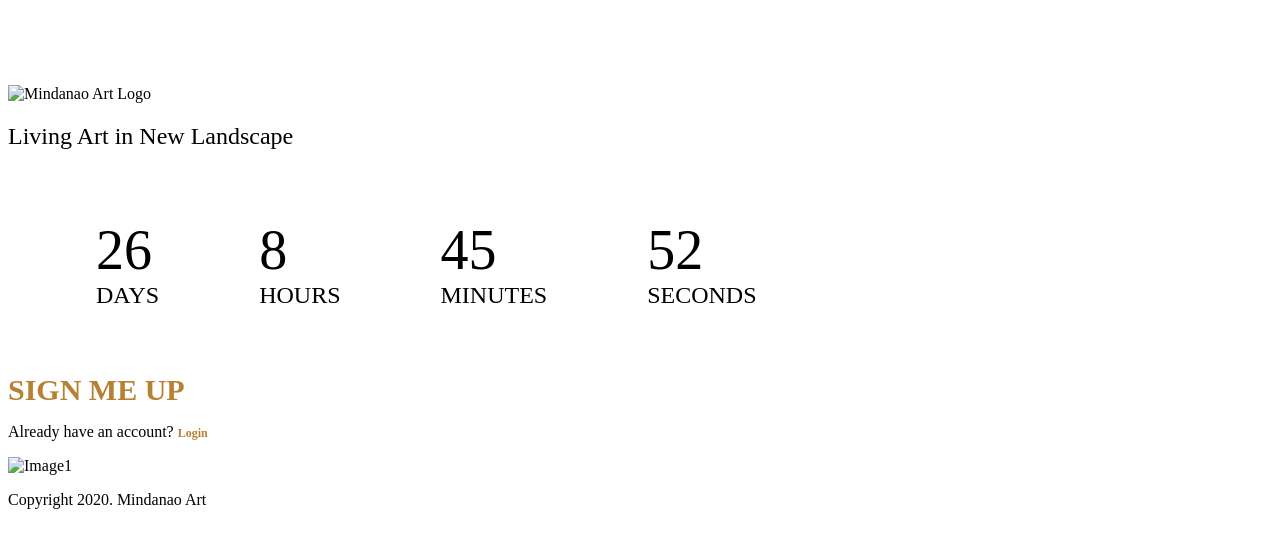
Repository: KleKlai/project-exodus
Page: http://localhost/
The author's editor kept a copy of each file at every save. The page is drawn from the files as they stood at one save, then again after the next save.
The browser window is 1280 px wide. The pictures show the whole page.
The page is served by the project's Laravel application, run on PHP 8.4 with Laravel 8. Other server files are loaded and not shown.

Above is the page before, as saved 2020-09-28 19:49:58.

### app/Model/Art.php
<?php

namespace App\Model;

use Spatie\Activitylog\Traits\LogsActivity;
use Illuminate\Database\Eloquent\SoftDeletes;
use Illuminate\Database\Eloquent\Model;
use Webpatser\Uuid\Uuid;
use Auth;


class Art extends Model
{
    use SoftDeletes, LogsActivity;

    protected $guarded = [
        'uuid', 'id', 'created_at', 'updated_at'
    ];

    /**
     * For Activity Log settings
     *
     */
    protected static $logName = 'Art';
    protected static $logUnguarded = true;
    protected static $submitEmptyLogs = false;
    protected static $recordEvents = ['created', 'updated', 'deleted'];

    public function getDescriptionForEvent(string $eventName): string
    {
        return Auth::user()->name . " {$eventName} art successfully";
    }


    public static function boot()
    {
        parent::boot();
        self::creating(function ($model) {
            $model->uuid = (string) Uuid::generate(4);
        });
    }

    /**
     * Get the route key for the model.
     *
     * @return string
     */
    public function getRouteKeyName()
    {
        return 'uuid';
    }

    protected $casts = [
        'tag' => 'array'
    ];

    public function user()
    {
        return $this->belongsTo('App\User');
    }

    public function watch()
    {
        return $this->hasMany('App\Model\Art\Watch');
    }
}

### app/Model/Art/Category.php
<?php

namespace App\Model\Art;

use Illuminate\Database\Eloquent\Model;
use Spatie\Activitylog\Traits\LogsActivity;

class Category extends Model
{
    use LogsActivity;

    protected $fillable = ['name', 'description'];

    /**
     * For Activity Log settings
     *
     */
    protected static $logName = 'System';
    protected static $logUnguarded = true;
    protected static $submitEmptyLogs = false;
    protected static $recordEvents = ['created', 'updated', 'deleted'];

    public function getDescriptionForEvent(string $eventName): string
    {
        return "Art category component {$eventName} successfully";
    }
}

### app/Model/Art/Material.php
<?php

namespace App\Model\Art;

use Illuminate\Database\Eloquent\Model;
use Spatie\Activitylog\Traits\LogsActivity;

class Material extends Model
{
    use LogsActivity;

    protected $fillable = ['name', 'description'];

    /**
     * For Activity Log settings
     *
     */
    protected static $logName = 'System';
    protected static $submitEmptyLogs = false;
    protected static $recordEvents = ['created', 'deleted'];

    public function getDescriptionForEvent(string $eventName): string
    {
        return "Art material component {$eventName} successfully";
    }
}

### app/Observers/Art/MaterialObserver.php
<?php

namespace App\Observers\Art;

use App\Model\Art\Material;
use Auth;

class MaterialObserver
{
    /**
     * Handle the material "created" event.
     *
     * @param  \App\Model\Art\Material  $material
     * @return void
     */
    public function created(Material $material)
    {
        activity('Art Component')
            ->causedBy(Auth::user()->id)
            ->withProperties(['name' => $material->name])
            ->log('Art material component created successfully.');
    }

    /**
     * Handle the material "updated" event.
     *
     * @param  \App\Model\Art\Material  $material
     * @return void
     */
    public function updated(Material $material)
    {
        //
    }

    /**
     * Handle the material "deleted" event.
     *
     * @param  \App\Model\Art\Material  $material
     * @return void
     */
    public function deleted(Material $material)
    {
        activity('Art Component')
            ->causedBy(Auth::user()->id)
            ->withProperties(['name' => $material->name])
            ->log('Art material component deleted successfully.');
    }

    /**
     * Handle the material "restored" event.
     *
     * @param  \App\Model\Art\Material  $material
     * @return void
     */
    public function restored(Material $material)
    {
        //
    }

    /**
     * Handle the material "force deleted" event.
     *
     * @param  \App\Model\Art\Material  $material
     * @return void
     */
    public function forceDeleted(Material $material)
    {
        //
    }
}

### app/Model/Art/Medium.php
<?php

namespace App\Model\Art;

use Illuminate\Database\Eloquent\Model;
use Spatie\Activitylog\Traits\LogsActivity;

class Medium extends Model
{
    use LogsActivity;

    protected $fillable = ['name', 'description'];

    /**
     * For Activity Log settings
     *
     */
    protected static $logName = 'System';
    protected static $submitEmptyLogs = false;
    protected static $recordEvents = ['created', 'deleted'];

    public function getDescriptionForEvent(string $eventName): string
    {
        return "Art medium component {$eventName} successfully";
    }
}

### app/Observers/Art/MediumObserver.php
<?php

namespace App\Observers\Art;

use App\Model\Art\Medium;
use Auth;

class MediumObserver
{
    /**
     * Handle the medium "created" event.
     *
     * @param  \App\Model\Art\Medium  $medium
     * @return void
     */
    public function created(Medium $medium)
    {
        activity('Art Component')
            ->causedBy(Auth::user()->id)
            ->withProperties(['name' => $medium->name])
            ->log('Art medium component created successfully.');
    }

    /**
     * Handle the medium "updated" event.
     *
     * @param  \App\Model\Art\Medium  $medium
     * @return void
     */
    public function updated(Medium $medium)
    {
        //
    }

    /**
     * Handle the medium "deleted" event.
     *
     * @param  \App\Model\Art\Medium  $medium
     * @return void
     */
    public function deleted(Medium $medium)
    {
        activity('Art Component')
            ->causedBy(Auth::user()->id)
            ->withProperties(['name' => $medium->name])
            ->log('Art medium component deleted successfully.');
    }

    /**
     * Handle the medium "restored" event.
     *
     * @param  \App\Model\Art\Medium  $medium
     * @return void
     */
    public function restored(Medium $medium)
    {
        //
    }

    /**
     * Handle the medium "force deleted" event.
     *
     * @param  \App\Model\Art\Medium  $medium
     * @return void
     */
    public function forceDeleted(Medium $medium)
    {
        //
    }
}

### app/Model/Art/Size.php
<?php

namespace App\Model\Art;

use Illuminate\Database\Eloquent\Model;
use Spatie\Activitylog\Traits\LogsActivity;

class Size extends Model
{
    use LogsActivity;

    protected $fillable = ['name', 'description'];

    /**
     * For Activity Log settings
     *
     */
    protected static $logName = 'System';
    protected static $submitEmptyLogs = false;
    protected static $recordEvents = ['created', 'deleted'];

    public function getDescriptionForEvent(string $eventName): string
    {
        return "Art size component {$eventName} successfully";
    }
}

### app/Observers/Art/SizeObserver.php
<?php

namespace App\Observers\Art;

use App\Model\Art\Size;
use Auth;

class SizeObserver
{
    /**
     * Handle the size "created" event.
     *
     * @param  \App\Model\Art\Size  $size
     * @return void
     */
    public function created(Size $size)
    {
        activity('Art Component')
            ->causedBy(Auth::user()->id)
            ->withProperties(['name' => $size->name])
            ->log('Art size component created successfully.');
    }

    /**
     * Handle the size "updated" event.
     *
     * @param  \App\Model\Art\Size  $size
     * @return void
     */
    public function updated(Size $size)
    {
        //
    }

    /**
     * Handle the size "deleted" event.
     *
     * @param  \App\Model\Art\Size  $size
     * @return void
     */
    public function deleted(Size $size)
    {
        activity('Art Component')
            ->causedBy(Auth::user()->id)
            ->withProperties(['name' => $size->name])
            ->log('Art size component deleted successfully.');
    }

    /**
     * Handle the size "restored" event.
     *
     * @param  \App\Model\Art\Size  $size
     * @return void
     */
    public function restored(Size $size)
    {
        //
    }

    /**
     * Handle the size "force deleted" event.
     *
     * @param  \App\Model\Art\Size  $size
     * @return void
     */
    public function forceDeleted(Size $size)
    {
        //
    }
}

### app/Model/Art/Style.php
<?php

namespace App\Model\Art;

use Illuminate\Database\Eloquent\Model;
use Spatie\Activitylog\Traits\LogsActivity;

class Style extends Model
{
    use LogsActivity;

    protected $fillable = ['name', 'description'];

    /**
     * For Activity Log settings
     *
     */
    protected static $logName = 'System';
    protected static $submitEmptyLogs = false;
    protected static $recordEvents = ['created', 'deleted'];

    public function getDescriptionForEvent(string $eventName): string
    {
        return "Art style component {$eventName} successfully";
    }
}

### app/Observers/Art/StyleObserver.php
<?php

namespace App\Observers\Art;

use App\Model\Art\Style;
use Auth;

class StyleObserver
{
    /**
     * Handle the style "created" event.
     *
     * @param  \App\Model\Art\Style  $style
     * @return void
     */
    public function created(Style $style)
    {
        activity('Art Component')
            ->causedBy(Auth::user()->id)
            ->withProperties(['name' => $style->name])
            ->log('Art style component created successfully.');
    }

    /**
     * Handle the style "updated" event.
     *
     * @param  \App\Model\Art\Style  $style
     * @return void
     */
    public function updated(Style $style)
    {
        //
    }

    /**
     * Handle the style "deleted" event.
     *
     * @param  \App\Model\Art\Style  $style
     * @return void
     */
    public function deleted(Style $style)
    {
        activity('Art Component')
            ->causedBy(Auth::user()->id)
            ->withProperties(['name' => $style->name])
            ->log('Art style component deleted successfully.');
    }

    /**
     * Handle the style "restored" event.
     *
     * @param  \App\Model\Art\Style  $style
     * @return void
     */
    public function restored(Style $style)
    {
        //
    }

    /**
     * Handle the style "force deleted" event.
     *
     * @param  \App\Model\Art\Style  $style
     * @return void
     */
    public function forceDeleted(Style $style)
    {
        //
    }
}

### app/Model/Art/Subject.php
<?php

namespace App\Model\Art;

use Illuminate\Database\Eloquent\Model;
use Spatie\Activitylog\Traits\LogsActivity;

class Subject extends Model
{
    use LogsActivity;

    protected $fillable = ['name', 'description'];

    /**
     * For Activity Log settings
     *
     */
    protected static $logName = 'System';
    protected static $submitEmptyLogs = false;
    protected static $recordEvents = ['created', 'deleted'];

    public function getDescriptionForEvent(string $eventName): string
    {
        return "Art subject component {$eventName} successfully";
    }
}

### app/Observers/Art/SubjectObserver.php
<?php

namespace App\Observers\Art;

use App\Model\Art\Subject;

use Auth;

class SubjectObserver
{
    /**
     * Handle the subject "created" event.
     *
     * @param  \App\Model\Art\Subject  $subject
     * @return void
     */
    public function created(Subject $subject)
    {
        activity('Art Component')
            ->causedBy(Auth::user()->id)
            ->withProperties(['name' => $subject->name])
            ->log('Art subject component created successfully.');
    }

    /**
     * Handle the subject "updated" event.
     *
     * @param  \App\Model\Art\Subject  $subject
     * @return void
     */
    public function updated(Subject $subject)
    {
        //
    }

    /**
     * Handle the subject "deleted" event.
     *
     * @param  \App\Model\Art\Subject  $subject
     * @return void
     */
    public function deleted(Subject $subject)
    {
        activity('Art Component')
            ->causedBy(Auth::user()->id)
            ->withProperties(['name' => $subject->name])
            ->log('Art subject component deleted successfully.');
    }

    /**
     * Handle the subject "restored" event.
     *
     * @param  \App\Model\Art\Subject  $subject
     * @return void
     */
    public function restored(Subject $subject)
    {
        //
    }

    /**
     * Handle the subject "force deleted" event.
     *
     * @param  \App\Model\Art\Subject  $subject
     * @return void
     */
    public function forceDeleted(Subject $subject)
    {
        //
    }
}

### app/Model/Support/Ticket.php
<?php

namespace App\Model\Support;

use Spatie\Activitylog\Traits\LogsActivity;
use Illuminate\Database\Eloquent\Model;
use Webpatser\Uuid\Uuid;
use Auth;

class Ticket extends Model
{
    use LogsActivity;

    protected $guarded = [
        'id', 'uuid', 'created_at', 'updated_at'
    ];

    /**
     * For Activity Log settings
     *
     */
    protected static $logName = 'Support Ticket';
    protected static $logUnguarded = true;
    protected static $submitEmptyLogs = false;
    protected static $recordEvents = ['created', 'updated', 'deleted'];

    public static function boot()
    {
        parent::boot();
        self::creating(function ($model) {
            $model->uuid = (string) Uuid::generate(4);
        });
    }

    /**
     * Get the route key for the model.
     *
     * @return string
     */
    public function getRouteKeyName()
    {
        return 'uuid';
    }

    public function user()
    {
        return $this->belongsTo('App\User');
    }
}

### resources/views/welcome.blade.php
<!DOCTYPE html>
<html lang="{{ str_replace('_', '-', app()->getLocale()) }}">
    <head>
        <meta charset="utf-8">
        <meta name="viewport" content="width=device-width, initial-scale=1">

        <title>Laravel</title>

        <!-- Fonts -->
        <link href="https://fonts.googleapis.com/css?family=Nunito:200,600" rel="stylesheet">

        <!-- Styles -->
        <style>
            * {
                font-family: 'Montserrat';
            }

            body {
                background-color: white;
            }

            #pattern {
                margin-top: 17px;
                width: 100%;
                background: url('/images/spattern.png');
                background-repeat: repeat;
                background-size: 34px 27px;
            }

            .picture {
                width: 100%;
            }

            .small {
                margin-top: 50px;
                display: none;
            }

            .wide {
                margin-top: 50px;
            }

            .column{
                color: #b78032;
                font-size: 35px;
            }

            #root {
                display: grid;
                justify-items: center;
                grid-template-columns: 100px 10px 100px 10px 100px 10px 100px;
                grid-template-areas:
                    "day column1 hour column2 minute column3 second"
                    "dayl . hourl . minutel . secondl";
            }

            h1, h2 {
                font-weight: 300 !important;
            }

            .day { grid-area: day; font-size: 50px;}
            .hour { grid-area: hour; font-size: 50px;}
            .minute { grid-area: minute; font-size: 50px;}
            .second { grid-area: second; font-size: 50px;}
            .dayl { grid-area: dayl;}
            .hourl { grid-area: hourl;}
            .minutel { grid-area: minutel;}
            .secondl { grid-area: secondl;}

            .link {
                font-size: 30px;
                text-decoration: none;
                color: #b78032;
                font-weight: bold;
            }

            .link:hover{
                text-decoration: none;
                color: #5e4119;
            }

            li {
                display: inline-block;
                font-size: 1.5em;
                list-style-type: none;
                padding: 2em;
                text-transform: uppercase;
            }

            li span {
                display: block;
                font-size: 3.5rem;
            }

            @media all and (max-width: 800px) {
                h1 {
                    font-size: 1.5rem;
                }

                li {
                    font-size: 1.125rem;
                }

                li span {
                    font-size: 3.375rem;
                }
            }

            /* @media (max-width: 992px) {
                #root {
                    display: grid;
                    justify-items: center;
                    grid-template-columns: 30px 10px 30px 10px 30px 10px 30px;
                    grid-template-areas:
                        "day column1 hour column2 minute column3 second"
                        "dayl . hourl . minutel . secondl";
                }

                .day { grid-area: day; font-size: 25px; margin: 0;}
                .hour { grid-area: hour; font-size: 25px; margin: 0;}
                .minute { grid-area: minute; font-size: 25px; margin: 0;}
                .second { grid-area: second; font-size: 25px; margin: 0;}
                .dayl { grid-area: dayl; font-size: 10px; margin: 0;}
                .hourl { grid-area: hourl; font-size: 10px; margin: 0;}
                .minutel { grid-area: minutel; font-size: 10px; margin: 0;}
                .secondl { grid-area: secondl; font-size: 10px; margin: 0;}

                .column{
                    color: #b78032;
                    font-size: 15px;
                    margin: 0;
                }

                .link {
                    font-size: 20px;
                }

                .small {
                    margin-top: 50px;
                    display: block;
                }

                .wide {
                    margin-top: 50px;
                    display: none;
                }

                .footer {
                    margin-top: 50px;
                }
            } */
        </style>
        <!-- <style>
            html, body {
                background-color: #fff;
                color: #636b6f;
                font-family: 'Nunito', sans-serif;
                font-weight: 200;
                height: 100vh;
                margin: 0;
            }

            .full-height {
                height: 100vh;
            }

            .flex-center {
                align-items: center;
                display: flex;
                justify-content: center;
            }

            .position-ref {
                position: relative;
            }

            .top-right {
                position: absolute;
                right: 10px;
                top: 18px;
            }

            .content {
                text-align: center;
            }

            .title {
                font-size: 84px;
            }

            .links > a {
                color: #636b6f;
                padding: 0 25px;
                font-size: 13px;
                font-weight: 600;
                letter-spacing: .1rem;
                text-decoration: none;
                text-transform: uppercase;
            }

            .m-b-md {
                margin-bottom: 30px;
            }
        </style> -->
    </head>
    <body>

        <div class="container">
            <div id="pattern">
                    <img src="/images/spattern.png" alt="">
            </div>

            <!-- big screen -->
            <div class="container wide">
                <div class="row">
                    <div class="col-md">
                        <div class="container">
                            <div class="row row-cols-1">
                                <div class="col">
                                    <img src="/images/logo.png" alt="Mindanao Art Logo">
                                </div>
                                <div class="col-5">
                                    <h2>Living Art in New Landscape</h2>
                                    <ul>
                                        <li><span id="days"></span>days</li>
                                        <li><span id="hours"></span>Hours</li>
                                        <li><span id="minutes"></span>Minutes</li>
                                        <li><span id="seconds"></span>Seconds</li>
                                    </ul>
                                </div>
                                <div class="col">
                                    <a class="link" href="/register">
                                        SIGN ME UP
                                        <font-awesome-icon icon="angle-right" />
                                        <font-awesome-icon icon="angle-right" />
                                        <font-awesome-icon icon="angle-right" />
                                    </a>
                                    <p>Already have an account? <a class="link" style="font-size: 12px;" href="/login">Login</a></p>
                                    <!-- <p>To get up-to-date news</p> -->
                                </div>
                            </div>
                        </div>
                    </div>
                    <div class="col-md">
                        <img class="picture" src="/images/image1.png" alt="Image1">
                    </div>
                </div>
            </div>

            <!-- small screen -->
            <!-- <div class="container small">
                <div class="row">
                    <div class="col-3">
                        <div class="col">
                            <img src="/images/logo.png" alt="Mindanao Art Logo">
                        </div>
                    </div>
                    <div class="col">
                        <div class="container">
                            <div class="row row-cols-1">
                                <div class="col">
                                    <h2>Living Art in New Landscape</h2>
                                    <ul>
                                        <li><span id="days"></span>days</li>
                                        <li><span id="hours"></span>Hours</li>
                                        <li><span id="minutes"></span>Minutes</li>
                                        <li><span id="seconds"></span>Seconds</li>
                                    </ul>
                                </div>
                                <div class="col  py-3">
                                    <a class="link" href="/register">
                                        SIGN ME UP
                                        <font-awesome-icon icon="angle-right" />
                                        <font-awesome-icon icon="angle-right" />
                                        <font-awesome-icon icon="angle-right" />
                                    </a>
                                    <p>Already have an account? <a class="link" style="font-size: 12px;" href="/login">Login</a></p>
                                    <p>To get up-to-date news</p>
                                </div>
                                <div class="col">
                                    <img class="picture" src="/images/image1.png" alt="Image1">
                                </div>
                            </div>
                        </div>
                    </div>
                </div>
            </div> -->

            <div class="container footer">
                <p>Copyright 2020. Mindanao Art</p>
            </div>
        </div>


        <script>
            const second = 1000,
                minute = second * 60,
                hour = minute * 60,
                day = hour * 24;

            let countDown = new Date('Oct 21, 2020 00:00:00').getTime(),
                x = setInterval(function() {

                let now = new Date().getTime(),
                    distance = countDown - now;

                document.getElementById('days').innerText = Math.floor(distance / (day)),
                    document.getElementById('hours').innerText = Math.floor((distance % (day)) / (hour)),
                    document.getElementById('minutes').innerText = Math.floor((distance % (hour)) / (minute)),
                    document.getElementById('seconds').innerText = Math.floor((distance % (minute)) / second);

                //do something later when date is reached
                //if (distance < 0) {
                //  clearInterval(x);
                //  'IT'S MY BIRTHDAY!;
                //}

                }, second)
        </script>






        <!-- <div class="flex-center position-ref full-height">
            @if (Route::has('login'))
                <div class="top-right links">
                    @auth
                        <a href="{{ url('/home') }}">Home</a>
                    @else
                        <a href="{{ route('login') }}">Login</a>

                        @if (Route::has('register'))
                            <a href="{{ route('register') }}">Register</a>
                        @endif
                    @endauth
                </div>
            @endif

            <div class="content">
                <div class="title m-b-md">
                    Laravel
                </div>

                <div class="links">
                    <a href="https://laravel.com/docs">Docs</a>
                    <a href="https://laracasts.com">Laracasts</a>
                    <a href="https://laravel-news.com">News</a>
                    <a href="https://blog.laravel.com">Blog</a>
                    <a href="https://nova.laravel.com">Nova</a>
                    <a href="https://forge.laravel.com">Forge</a>
                    <a href="https://vapor.laravel.com">Vapor</a>
                    <a href="https://github.com/laravel/laravel">GitHub</a>
                </div>
            </div>
        </div> -->
    </body>
</html>

Loaded but not shown: app/Http/Controllers/Auth/LoginController.php (common file); app/Http/Controllers/Controller.php (common file); app/Http/Controllers/Auth/ConfirmPasswordController.php (common file); routes/web.php (101 lines, source omitted); app/Observers/ArtObserver.php (91 lines, source omitted); app/Observers/TicketObserver.php (77 lines, source omitted); app/Observers/Art/CategoryObserver.php (70 lines, source omitted)

After the next save:
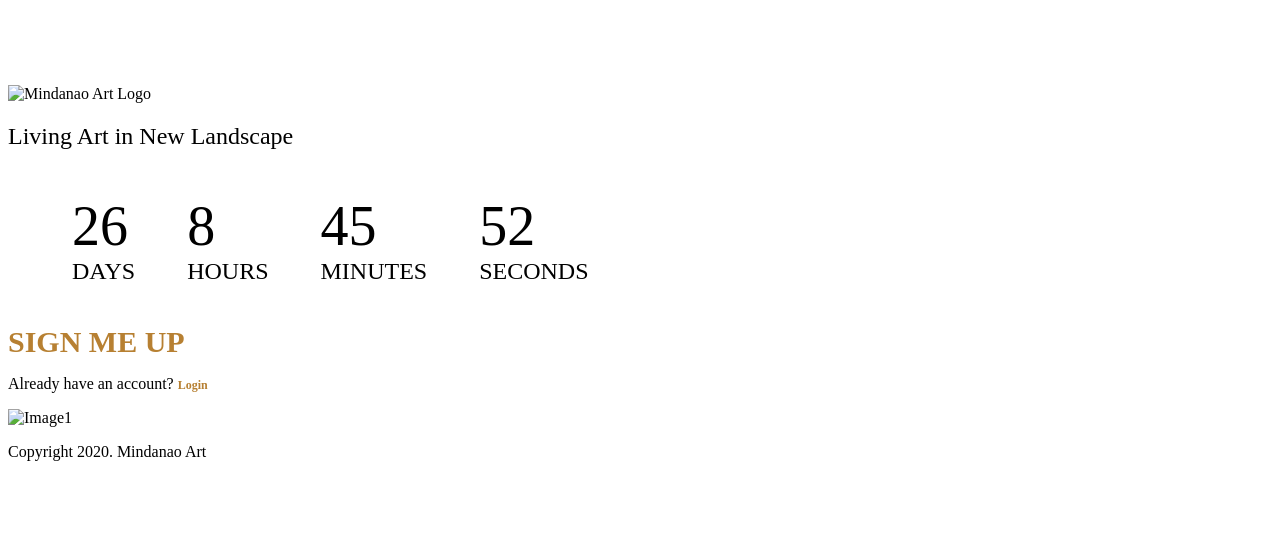
Saved 7 s later.
--- a/resources/views/welcome.blade.php
+++ b/resources/views/welcome.blade.php
@@ -83,7 +83,7 @@
                 display: inline-block;
                 font-size: 1.5em;
                 list-style-type: none;
-                padding: 2em;
+                padding: 1em;
                 text-transform: uppercase;
             }
 
